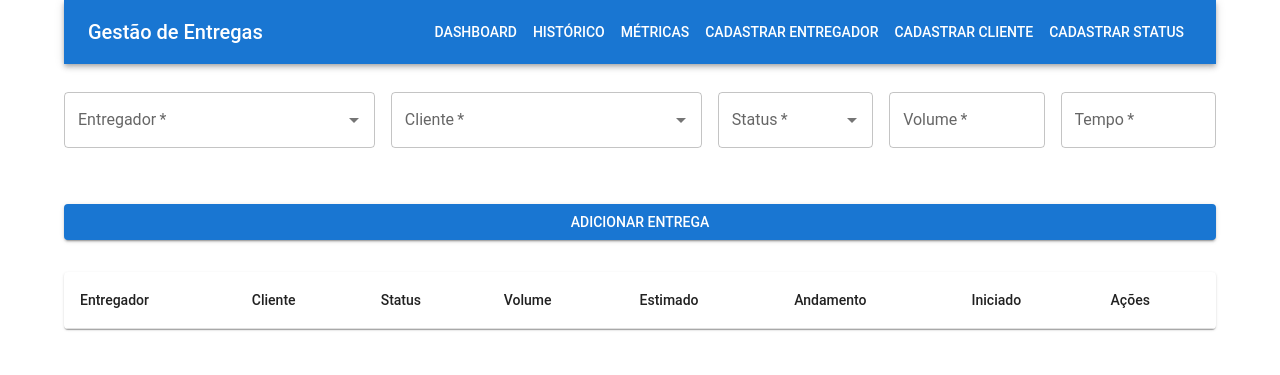
Repository: feliperanon/mobilegestao
Page: /dashboard (app in frontend/)
An editor plug-in stored every save of this project. The page is shown before and after the next save, followed by the edit.
The browser window is 1280 px wide. The pictures show the whole page.
The page's requests for data from a server got no answer. The project was rebuilt for these pictures with package versions that can differ from the ones it lists, and the page was loaded fresh each time. No one was signed in, and anything a server would have sent is missing. Also part of the build but not shown: frontend/webpack.config.js, frontend/src/pages/Home.js, frontend/src/pages/History.js, frontend/src/pages/Analysis.js, frontend/src/components/Login.js, frontend/src/components/Register.js, frontend/src/components/AddEntregador.js, frontend/src/components/AddCliente.js and 2 more.

Above is the page before, as saved 2024-07-20 20:29:15.

After the next save:
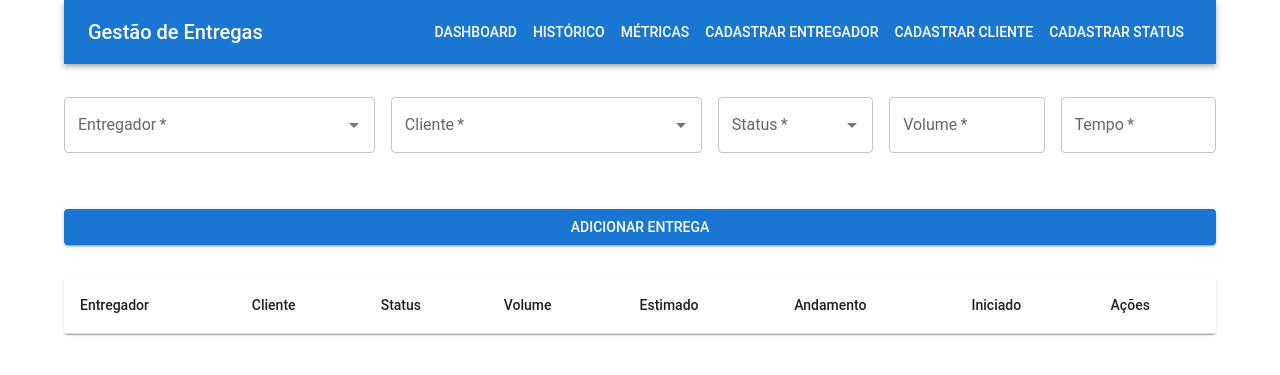
Saved 3 min 45 s later.
--- a/frontend/src/components/Dashboard.js
+++ b/frontend/src/components/Dashboard.js
@@ -165,7 +165,7 @@ const Dashboard = () => {
   return (
     <Container>
       <Navigation />
-      <Typography variant="h4" component="h1" gutterBottom>
+      <Typography variant="h3" component="h1" gutterBottom>
               </Typography>
       <Box component="form" onSubmit={handleSubmit} sx={{ mb: 4, display: 'flex', flexDirection: 'row', flexWrap: 'wrap', gap: 2 }}>
         <Autocomplete
